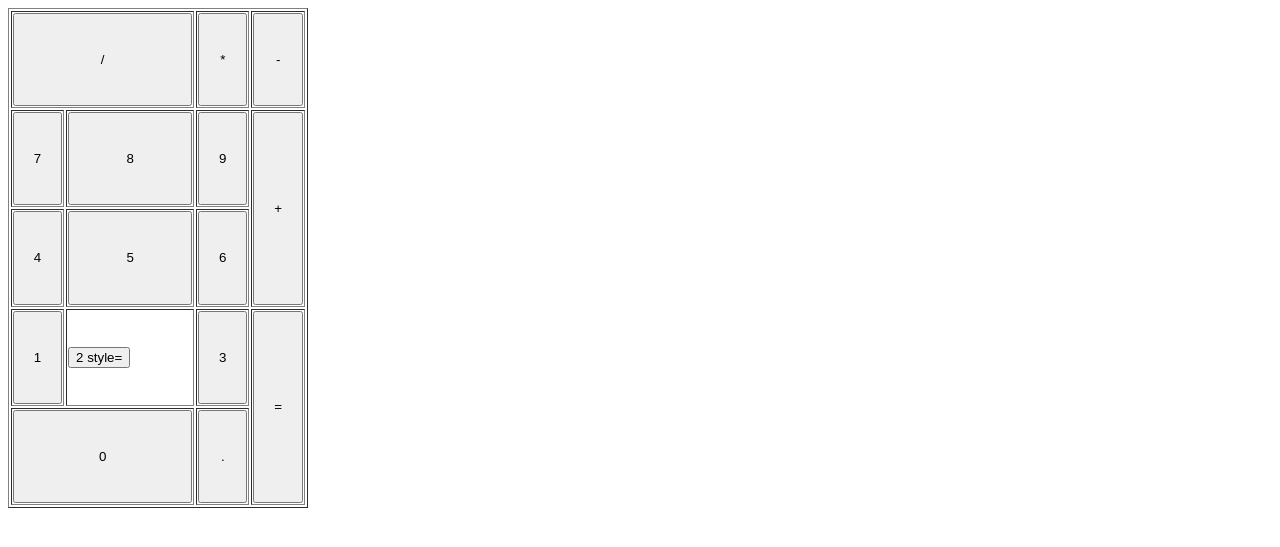
Repository: BaekJiGyeong/JSP
Page: http://localhost/AB_WebCalc/
These files come from the project's save history. The page is drawn as it stood at one moment and after the next save; the edit follows.
The browser window is 1280 px wide. The pictures show the whole page.
The page is served by Tomcat 9. Other server files are loaded and not shown.

Above is the page before, as saved 2016-02-02 02:18:04.

### AB_WebCalc/WebContent/index.jsp
<%@ page language="java" contentType="text/html; charset=UTF-8"
    pageEncoding="UTF-8"%>
<!DOCTYPE html>
<html>
<head>
<meta http-equiv="Content-Type" content="text/html; charset=UTF-8">
<title>Insert title here</title>
</head>
<body>
	<table border ="1" width="300" height="500">
		<tr>
			<td colspan="2"><input type="button" id="division" value="/" style="width:100%; height:100%;"/></td>
			<td><input type="button" id="multiplication" value="*" style="width:100%; height:100%;"/></td>
			<td><input type="button" id="subtraction" value="-" style="width:100%; height:100%;"/></td>
		</tr>
		<tr>
			<td><input type="button" id="7" value="7" style="width:100%; height:100%;"/></td>
			<td><input type="button" id="8" value="8" style="width:100%; height:100%;"/></td>
			<td><input type="button" id="9" value="9" style="width:100%; height:100%;"/></td>
			<td rowspan="2"><input type="button" id="plus" value="+" style="width:100%; height:100%;"/></td>
		</tr>
		<tr>
			<td><input type="button" id="4" value="4" style="width:100%; height:100%;"/></td>
			<td><input type="button" id="5" value="5" style="width:100%; height:100%;"/></td>
			<td><input type="button" id="6" value="6" style="width:100%; height:100%;"/></td>
		</tr>
		<tr>
			<td><input type="button" id="1" value="1" style="width:100%; height:100%;"/></td>
			<td><input type="button" id="2" value="2 style="width:100%; height:100%;"/></td>
			<td><input type="button" id="3" value="3" style="width:100%; height:100%;"/></td>
			<td rowspan="2"><input type="button" id="result" value="=" style="width:100%; height:100%;"/></td>
		</tr>
		<tr>
			<td colspan="2"><input type="button" id="0" value="0" style="width:100%; height:100%;"/></td>
			<td><input type="button" id="dot" value="." style="width:100%; height:100%;"/></td>
		</tr>
	</table>
</body>
</html>

After the next save:
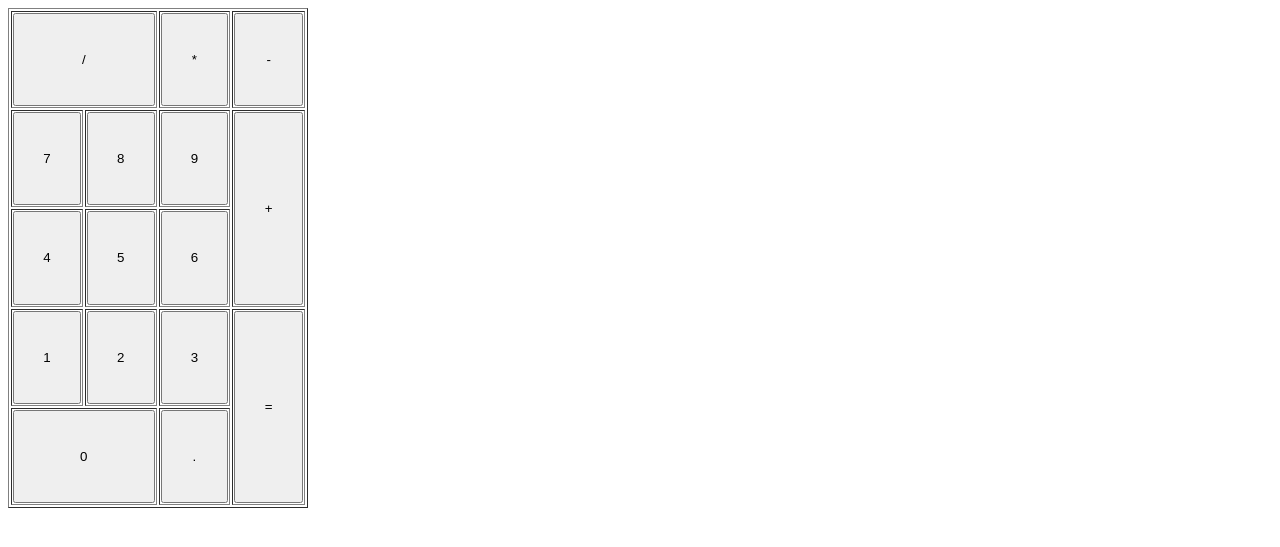
Saved 19 s later.
--- a/AB_WebCalc/WebContent/index.jsp
+++ b/AB_WebCalc/WebContent/index.jsp
@@ -26,7 +26,7 @@
 		</tr>
 		<tr>
 			<td><input type="button" id="1" value="1" style="width:100%; height:100%;"/></td>
-			<td><input type="button" id="2" value="2 style="width:100%; height:100%;"/></td>
+			<td><input type="button" id="2" value="2" style="width:100%; height:100%;"/></td>
 			<td><input type="button" id="3" value="3" style="width:100%; height:100%;"/></td>
 			<td rowspan="2"><input type="button" id="result" value="=" style="width:100%; height:100%;"/></td>
 		</tr>
